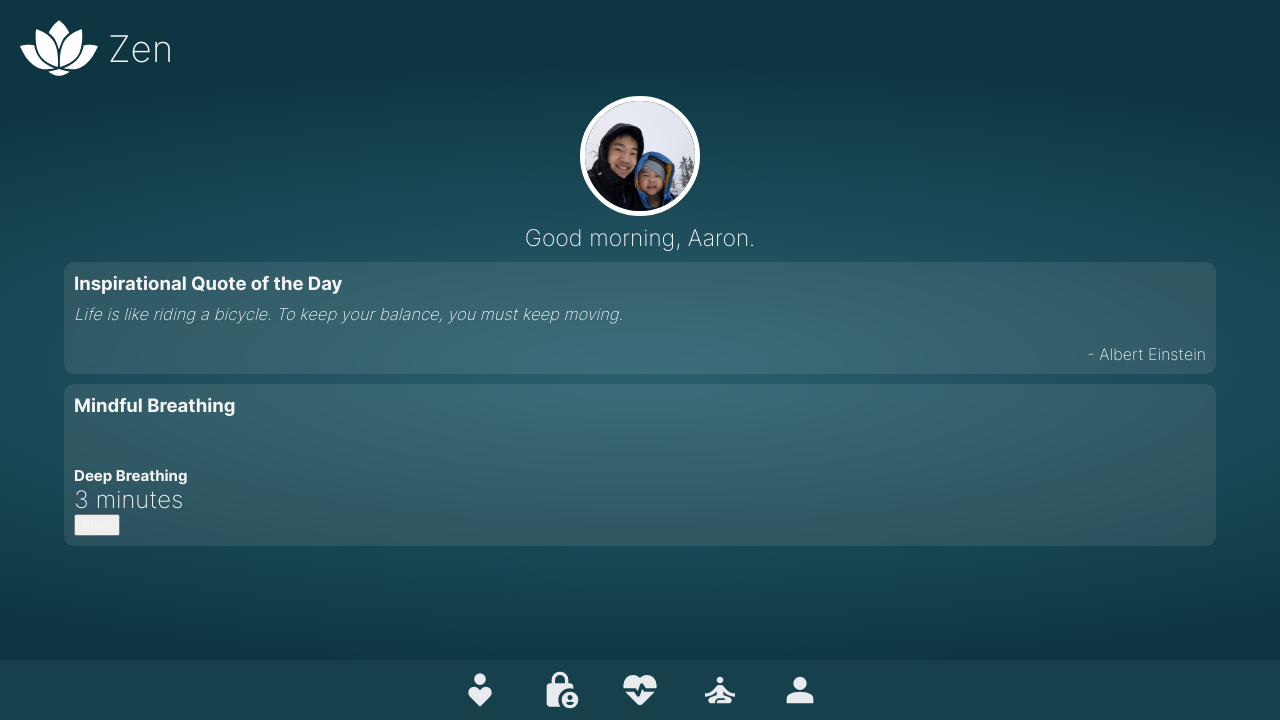
Repository: aaronw-dev/Zen
Page: mindful_dashboard.html
An editor plug-in stored every save of this project. The page is shown before and after the next save, followed by the edit.
The browser window is 1280 px wide. The pictures show the whole page.

Above is the page before, as saved 2024-06-08 14:50:09.

After the next save:
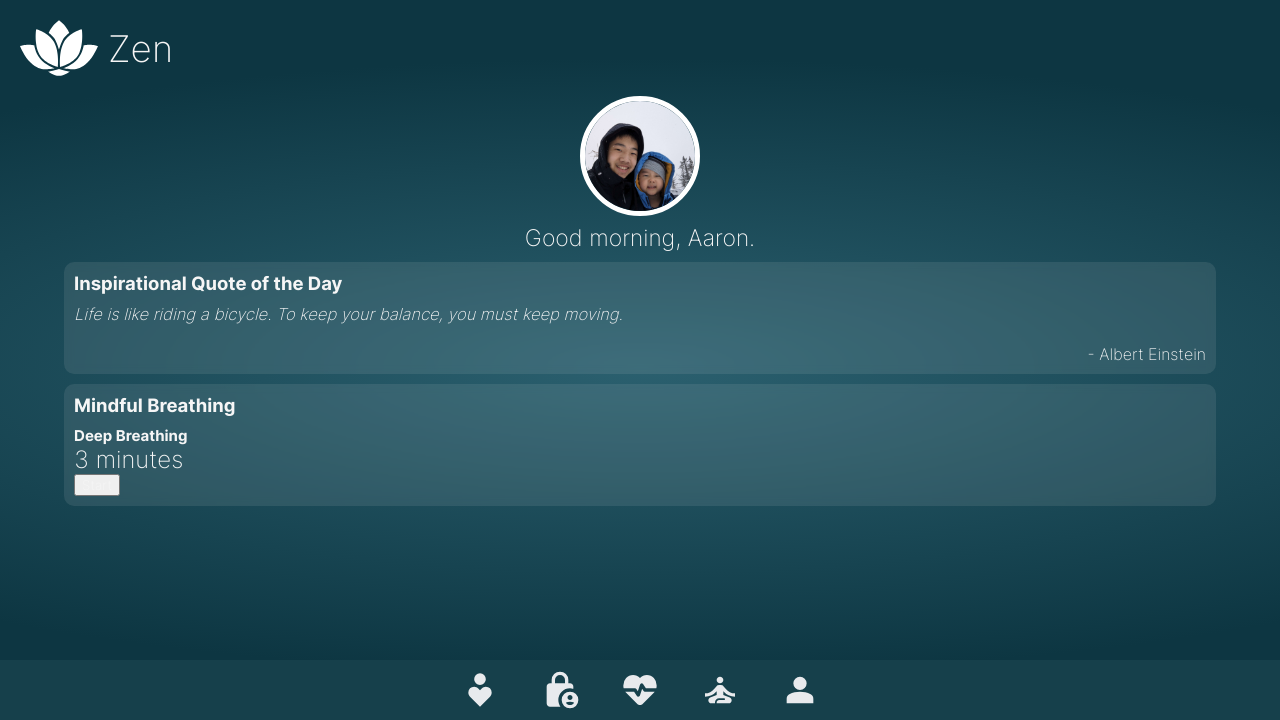
Saved 7 s later.
--- a/static/awdev.css
+++ b/static/awdev.css
@@ -143,7 +143,7 @@ nav img {
     align-content: normal;
   }
   .mindful-Title{
-    padding-top: 50px;
+    padding-top: 10px;
     color: #F6F6F6;
     font-family: Inter;
     font-size: 15px;
